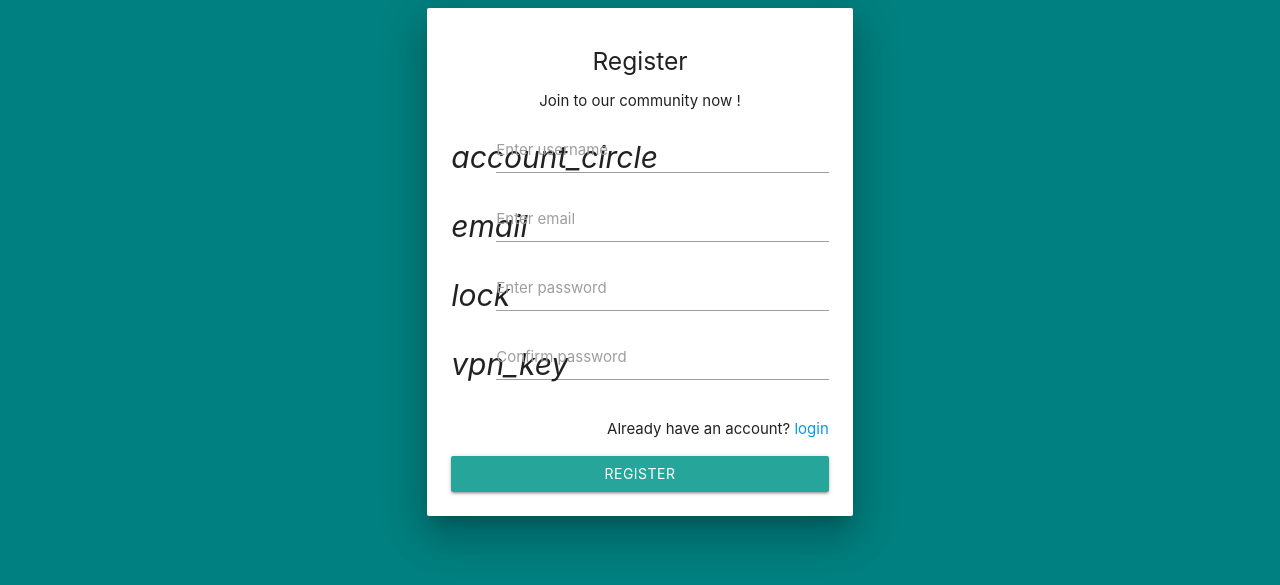
Repository: luizasilveira/TechWeb
Page: Projeto1/techWebP1/WebContent/WEB-INF/teste.html
The author's editor kept a copy of each file at every save. The page is drawn from the files as they stood at one save, then again after the next save.
The browser window is 1280 px wide. The pictures show the whole page.

Above is the page before, as saved 2019-09-08 19:00:56.

### Projeto1/techWebP1/WebContent/WEB-INF/teste.html
<!DOCTYPE html>
<html>
<head>
<!-- created by OSTON CODE CYPHER -->
<!--Support/subscribe my channel @ youtube.com/ostoncodecypher -->
<title>Register</title>
<meta name="viewport" content="width=device-width,initial-scale=1.0">
<link href="https://fonts.googleapis.com/icon?family=Material+Icons"
	rel="stylesheet">
<link rel="stylesheet"
	href="https://cdnjs.cloudflare.com/ajax/libs/materialize/1.0.0/css/materialize.min.css">
<style>
body {
	background-color: teal;
}

.progress {
	width: 50%;
	margin: 0 auto;
	margin-top: 20%;
}

@media only screen and (max-width:924px) {
	.progress {
		width: 70%;
		margin: 0 auto;
		margin-top: 60%;
	}
}
</style>
</head>

<body>

	<div id="flayer">
		<div id="slayer">

			<div class="container" id="content">


				<div class="row">
					<div class="col l3 m3 s12"></div>
					<div class="col l6 m6 s12">
						<form action="" method="POST">
							<div class="card-panel z-depth-5">
								<h5 class="center">Register</h5>
								<p class="center">Join to our community now !</p>
								<div class="input-field">
									<i class="material-icons prefix">account_circle</i> <input
										type="text" name="username"> <label>Enter
										username</label>
								</div>

								<div class="input-field">
									<i class="material-icons prefix">email</i> <input type="email"
										name="email" class="validate"> <label>Enter
										email</label>
								</div>

								<div class="input-field">
									<i class="material-icons prefix">lock</i> <input
										type="password" name="pass1"> <label>Enter
										password</label>
								</div>


								<div class="input-field">
									<i class="material-icons prefix">vpn_key</i> <input
										type="password" name="pass2"> <label>Confirm
										password</label>
								</div>
								<p class="right">
									Already have an account? <a href="#login" class="modal-trigger">login</a>
								</p>
								<input type="submit" name="submit" value="register"
									class="btn left col s12">

								<div class="clearfix"></div>
							</div>
						</form>

					</div>
					<div class="col l3 m3 s12"></div>



				</div>
			</div>
		</div>
	</div>

</body>
</html>

After the next save:
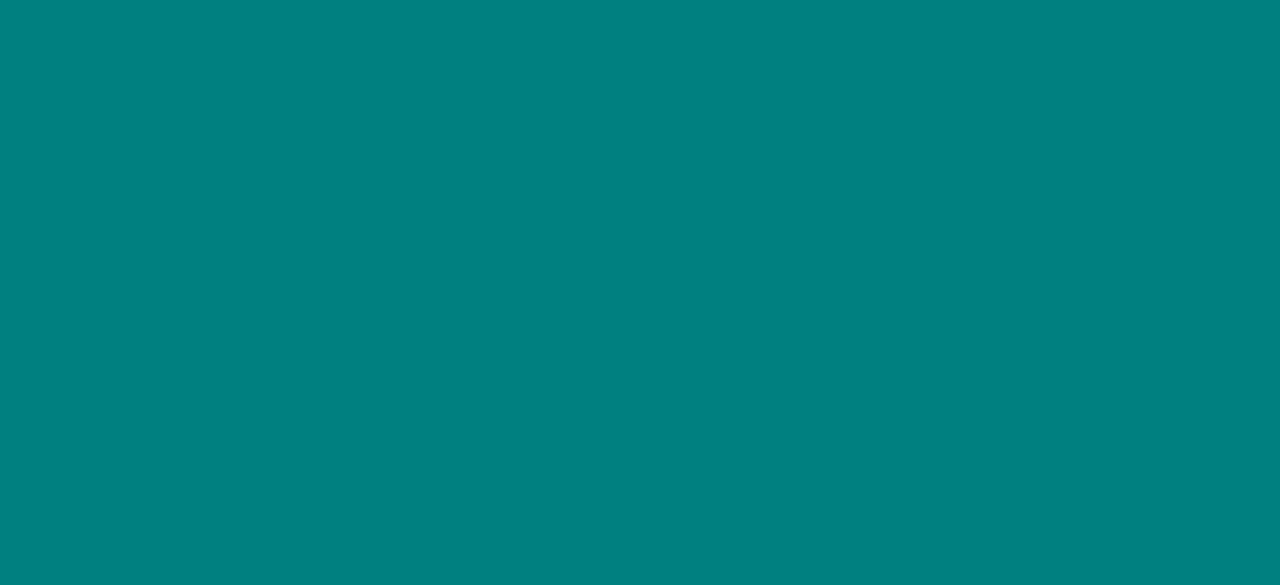
Saved 57 s later.
--- a/Projeto1/techWebP1/WebContent/WEB-INF/teste.html
+++ b/Projeto1/techWebP1/WebContent/WEB-INF/teste.html
@@ -41,43 +41,6 @@
 				<div class="row">
 					<div class="col l3 m3 s12"></div>
 					<div class="col l6 m6 s12">
-						<form action="" method="POST">
-							<div class="card-panel z-depth-5">
-								<h5 class="center">Register</h5>
-								<p class="center">Join to our community now !</p>
-								<div class="input-field">
-									<i class="material-icons prefix">account_circle</i> <input
-										type="text" name="username"> <label>Enter
-										username</label>
-								</div>
-
-								<div class="input-field">
-									<i class="material-icons prefix">email</i> <input type="email"
-										name="email" class="validate"> <label>Enter
-										email</label>
-								</div>
-
-								<div class="input-field">
-									<i class="material-icons prefix">lock</i> <input
-										type="password" name="pass1"> <label>Enter
-										password</label>
-								</div>
-
-
-								<div class="input-field">
-									<i class="material-icons prefix">vpn_key</i> <input
-										type="password" name="pass2"> <label>Confirm
-										password</label>
-								</div>
-								<p class="right">
-									Already have an account? <a href="#login" class="modal-trigger">login</a>
-								</p>
-								<input type="submit" name="submit" value="register"
-									class="btn left col s12">
-
-								<div class="clearfix"></div>
-							</div>
-						</form>
 
 					</div>
 					<div class="col l3 m3 s12"></div>

After the 2 saves that followed:
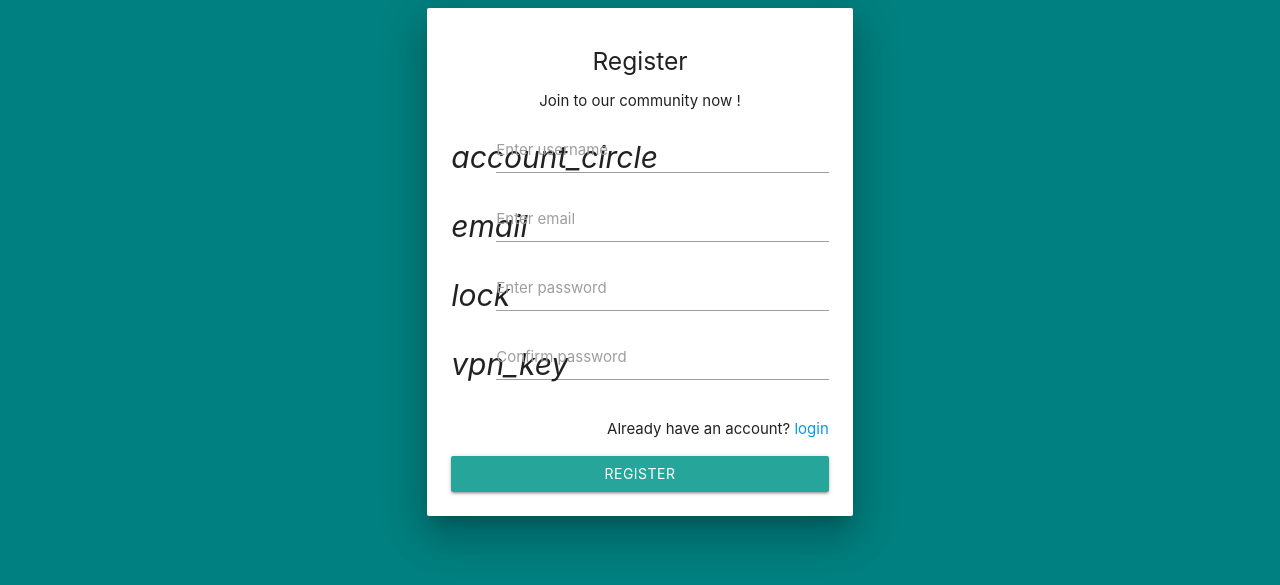
The 2 saves are shown as one change because 1 left the picture as it was.
The last was saved 3 min 7 s later.
--- a/Projeto1/techWebP1/WebContent/WEB-INF/teste.html
+++ b/Projeto1/techWebP1/WebContent/WEB-INF/teste.html
@@ -1,37 +1,32 @@
 <!DOCTYPE html>
 <html>
 <head>
-<!-- created by OSTON CODE CYPHER -->
-<!--Support/subscribe my channel @ youtube.com/ostoncodecypher -->
-<title>Register</title>
-<meta name="viewport" content="width=device-width,initial-scale=1.0">
-<link href="https://fonts.googleapis.com/icon?family=Material+Icons"
-	rel="stylesheet">
-<link rel="stylesheet"
-	href="https://cdnjs.cloudflare.com/ajax/libs/materialize/1.0.0/css/materialize.min.css">
-<style>
-body {
-	background-color: teal;
-}
+<meta charset="ISO-8859-1">
+<title>Teste</title>
+</head>
+ <link href="https://fonts.googleapis.com/icon?family=Material+Icons" rel="stylesheet">
+      <link rel="stylesheet" href="https://cdnjs.cloudflare.com/ajax/libs/materialize/1.0.0/css/materialize.min.css">
+     <style>
+       body{
+         background-color:teal;
+       }
 
-.progress {
-	width: 50%;
-	margin: 0 auto;
-	margin-top: 20%;
-}
+       .progress{
+         width:50%;
+         margin:0 auto;
+         margin-top:20%;
+       }
 
-@media only screen and (max-width:924px) {
-	.progress {
-		width: 70%;
-		margin: 0 auto;
-		margin-top: 60%;
-	}
-}
-</style>
-</head>
+       @media only screen and (max-width:924px){
+            .progress{
+               width:70%;
+               margin:0 auto;
+               margin-top:60%;
+             }
+       }
 
+     </style>
 <body>
-
 	<div id="flayer">
 		<div id="slayer">
 
@@ -41,6 +36,43 @@
 				<div class="row">
 					<div class="col l3 m3 s12"></div>
 					<div class="col l6 m6 s12">
+						<form action="" method="POST">
+							<div class="card-panel z-depth-5">
+								<h5 class="center">Register</h5>
+								<p class="center">Join to our community now !</p>
+								<div class="input-field">
+									<i class="material-icons prefix">account_circle</i> <input
+										type="text" name="username"> <label>Enter
+										username</label>
+								</div>
+
+								<div class="input-field">
+									<i class="material-icons prefix">email</i> <input type="email"
+										name="email" class="validate"> <label>Enter
+										email</label>
+								</div>
+
+								<div class="input-field">
+									<i class="material-icons prefix">lock</i> <input
+										type="password" name="pass1"> <label>Enter
+										password</label>
+								</div>
+
+
+								<div class="input-field">
+									<i class="material-icons prefix">vpn_key</i> <input
+										type="password" name="pass2"> <label>Confirm
+										password</label>
+								</div>
+								<p class="right">
+									Already have an account? <a href="#login" class="modal-trigger">login</a>
+								</p>
+								<input type="submit" name="submit" value="register"
+									class="btn left col s12">
+
+								<div class="clearfix"></div>
+							</div>
+						</form>
 
 					</div>
 					<div class="col l3 m3 s12"></div>
@@ -51,6 +83,30 @@
 			</div>
 		</div>
 	</div>
+	<!-- login form put in the form -->
+	<div class="modal modal-fixed-footer" id="login"></div>
+
+
+	<script
+		src="https://cdnjs.cloudflare.com/ajax/libs/materialize/1.0.0/js/materialize.min.js"></script>
+	<script>
+
+      const login = document.querySelectorAll(".modal");
+      M.Modal.init(login,{
+        opacity:0.7,
+        dismissible:false
+      });
+
+      document.querySelector("#content").style.display="none";
+      document.querySelector("#flayer").classList.add("progress");
+      document.querySelector("#slayer").classList.add("indeterminate");
+
+      setTimeout(function(){
+          document.querySelector("#flayer").classList.remove("progress");
+          document.querySelector("#slayer").classList.remove("indeterminate");
+          document.querySelector("#content").style.display="block";
+      },3000)
+    </script>
 
 </body>
 </html>
